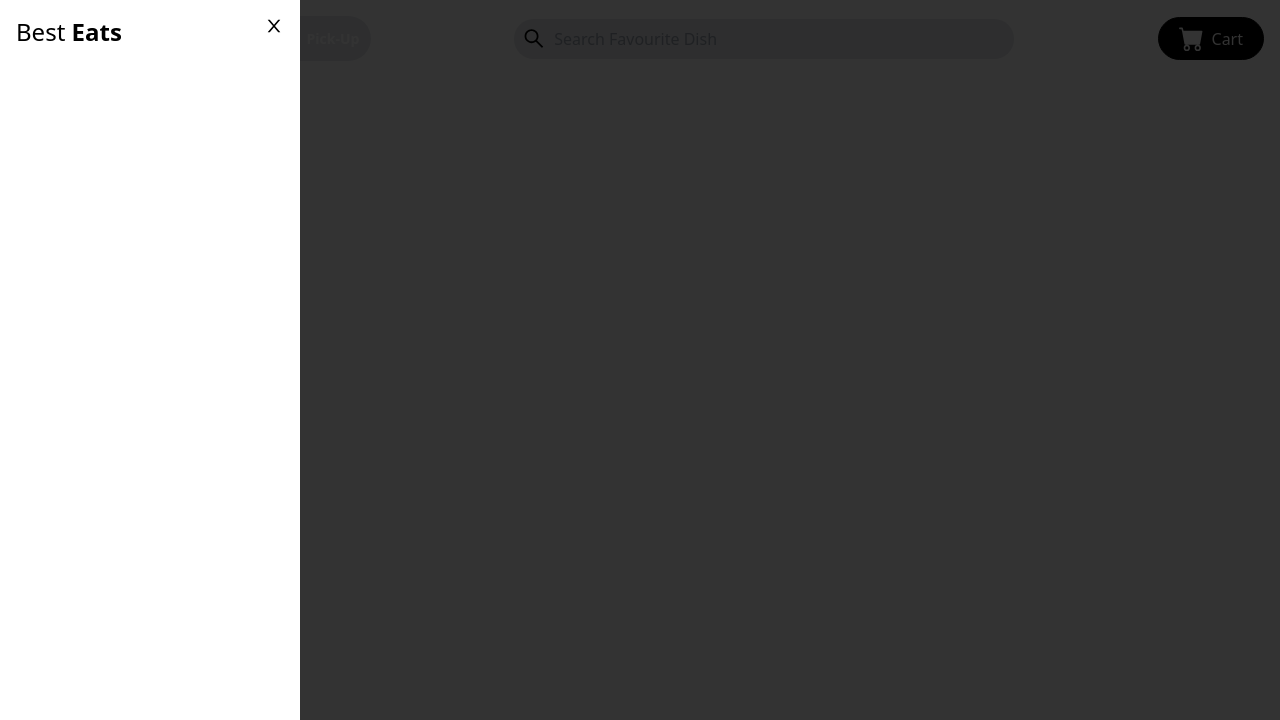
Repository: remydev47/best-eats
Page: /
These files come from the project's save history. The page is drawn as it stood at one moment and after the next save; the edit follows.
The browser window is 1280 px wide. The pictures show the whole page.
The project was rebuilt for these pictures with package versions that can differ from the ones it lists, and the page was loaded fresh each time. Also part of the build but not shown: src/App.css.

Above is the page before, as saved 2022-08-01 20:59:20.

### src/index.css
@tailwind base;
@tailwind components;
@tailwind utilities;

@layer base {
  button {
    @apply border border-black rounded-xl px-5 py-1;
  }
}

### src/App.js
import React from 'react'
import Navbar from './components/Navbar'
import './App.css';

function App() {
  return (
    <div>
      <Navbar />
    </div>
  );
}

export default App;

### src/components/Navbar.js
import React from 'react'
import { AiOutlineClose, AiOutlineMenu, AiOutlineSearch } from 'react-icons/ai'
import { BsFillCartFill } from 'react-icons/bs'

const Navbar = () => {
  return (
    <div className={styles.container}>
        <div className={styles.wrapper}>
         <div className={styles.iconcontainer}>
             <AiOutlineMenu size={30} />
         </div>
         <h1 className={styles.best}>
            Best <span className='font-bold'>Eats</span>
         </h1>
         <div className={styles.utilcontainer}>
            <p className={styles.delivery}>Delivery</p>
            <p className={styles.pick}>Pick-Up</p>
         </div>
        </div>
        <div className={styles.search}>
          <AiOutlineSearch size={25}/>
          <input
            className='bg-transparent p-2 focus:outline-none w-full'
            placeholder='Search Favourite Dish'
          />
        </div>
        <div>
          <button className={styles.cartcontainer}>
            <BsFillCartFill size={25} className='mr-2'/> Cart
          </button>
        </div>
        {/* mobilemenu */}
        <div className={styles.mobilemenuContainer}>

        </div>
      {/* side drawer */}
      <div className={styles.sidedrawer}>
        <AiOutlineClose size={20} className="absolute right-4 top-4 cursor-pointer"/>
        <h2 className='text-2xl p-4'>Best <span className='font-bold text-black'>Eats</span></h2>
      </div>
    </div>
  )
}

export default Navbar

const styles = {
    container:`flex justify-between mx-auto max-w-[1640px] items-center p-4`,
    wrapper:`flex items-center`,
    iconcontainer:`cursor-pointer`,
    utilcontainer:`hidden lg:flex items-center bg-gray-200 rounded-full p-1 text-[14px]`,
    best:`text-2xl, sm:text-3xl lg:text-4xl px-4`,
    delivery:`bg-black text-white rounded-full font-bold`,
    pick:`p-2 text-white font-bold`,
    search:`bg-gray-200 rounded-full flex items-center px-2 w-[200px] sm:w-[400px] lg:w-[500px]`,
    cartcontainer:`bg-black items-center py-2 text-white hidden md:flex rounded-full`,
    mobilemenuContainer:`bg-black/80 fixed w-full h-screen z-10 top-0 left-0`,
    sidedrawer:`fixed top-0 left-0 w-[300px] h-screen bg-white z-10 duration-300`
}

Loaded but not shown: public/index.html (common file); src/index.js (common file); src/reportWebVitals.js (common file); tailwind.config.js (common file)

After the next save:
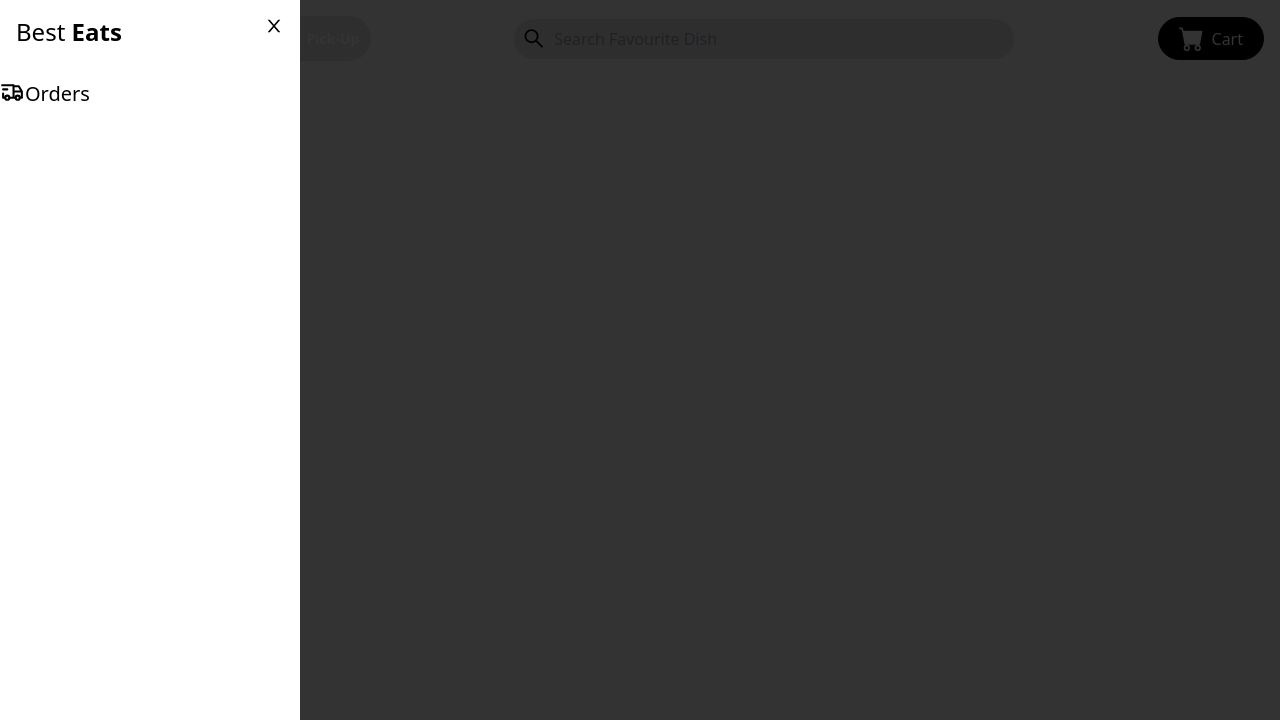
Saved 5 min 32 s later.
--- a/src/components/Navbar.js
+++ b/src/components/Navbar.js
@@ -1,6 +1,7 @@
 import React from 'react'
 import { AiOutlineClose, AiOutlineMenu, AiOutlineSearch } from 'react-icons/ai'
 import { BsFillCartFill } from 'react-icons/bs'
+import { TbTruckDelivery } from 'react-icons/tb'
 
 const Navbar = () => {
   return (
@@ -37,6 +38,32 @@
       <div className={styles.sidedrawer}>
         <AiOutlineClose size={20} className="absolute right-4 top-4 cursor-pointer"/>
         <h2 className='text-2xl p-4'>Best <span className='font-bold text-black'>Eats</span></h2>
+        <nav>
+          <ul>
+            <l1 className={styles.eat}>
+              <TbTruckDelivery size={25}/>
+              Orders
+            </l1>
+            <l1>
+
+            </l1>
+            <l1>
+
+            </l1>
+            <l1>
+
+            </l1>
+            <l1>
+
+            </l1>
+            <l1>
+
+            </l1>
+            <l1>
+
+            </l1>
+          </ul>
+        </nav>
       </div>
     </div>
   )
@@ -55,5 +82,6 @@
     search:`bg-gray-200 rounded-full flex items-center px-2 w-[200px] sm:w-[400px] lg:w-[500px]`,
     cartcontainer:`bg-black items-center py-2 text-white hidden md:flex rounded-full`,
     mobilemenuContainer:`bg-black/80 fixed w-full h-screen z-10 top-0 left-0`,
-    sidedrawer:`fixed top-0 left-0 w-[300px] h-screen bg-white z-10 duration-300`
+    sidedrawer:`fixed top-0 left-0 w-[300px] h-screen bg-white z-10 duration-300`,
+    eat:`text-xl py-4 flex`
 }
